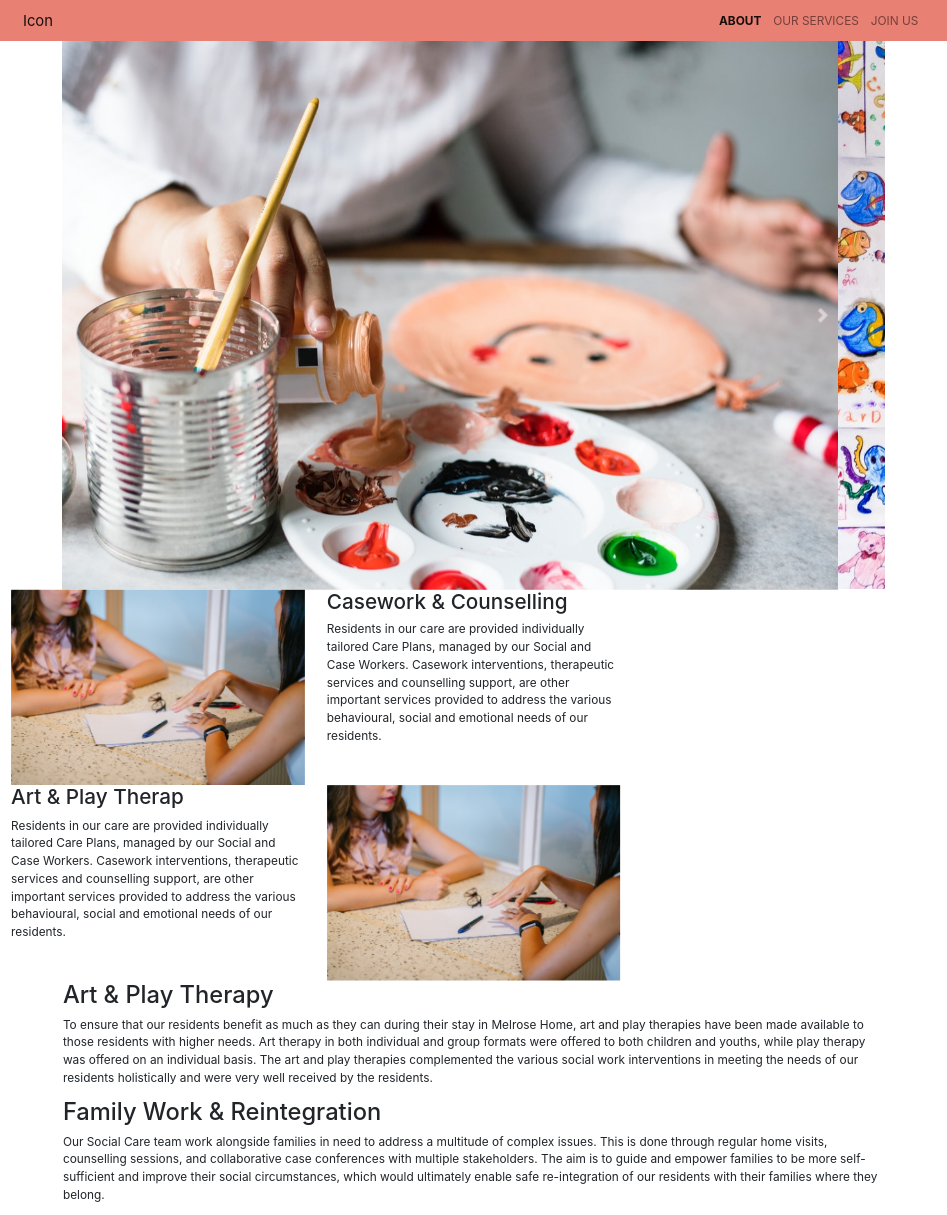
Repository: Code-Institute-Submissions/Jasonngyt-Project1
Page: services.html
The author's editor kept a record of every edit. The page is drawn from the files as they stood at one moment, then again after the next edit.
The browser window is 1280 px wide. The pictures show the whole page, at 74% of full size.
Some web fonts or font styles are not loaded; a fallback is used. Some web libraries are served in a nearby version.

Above is the page before.

After the next edit:
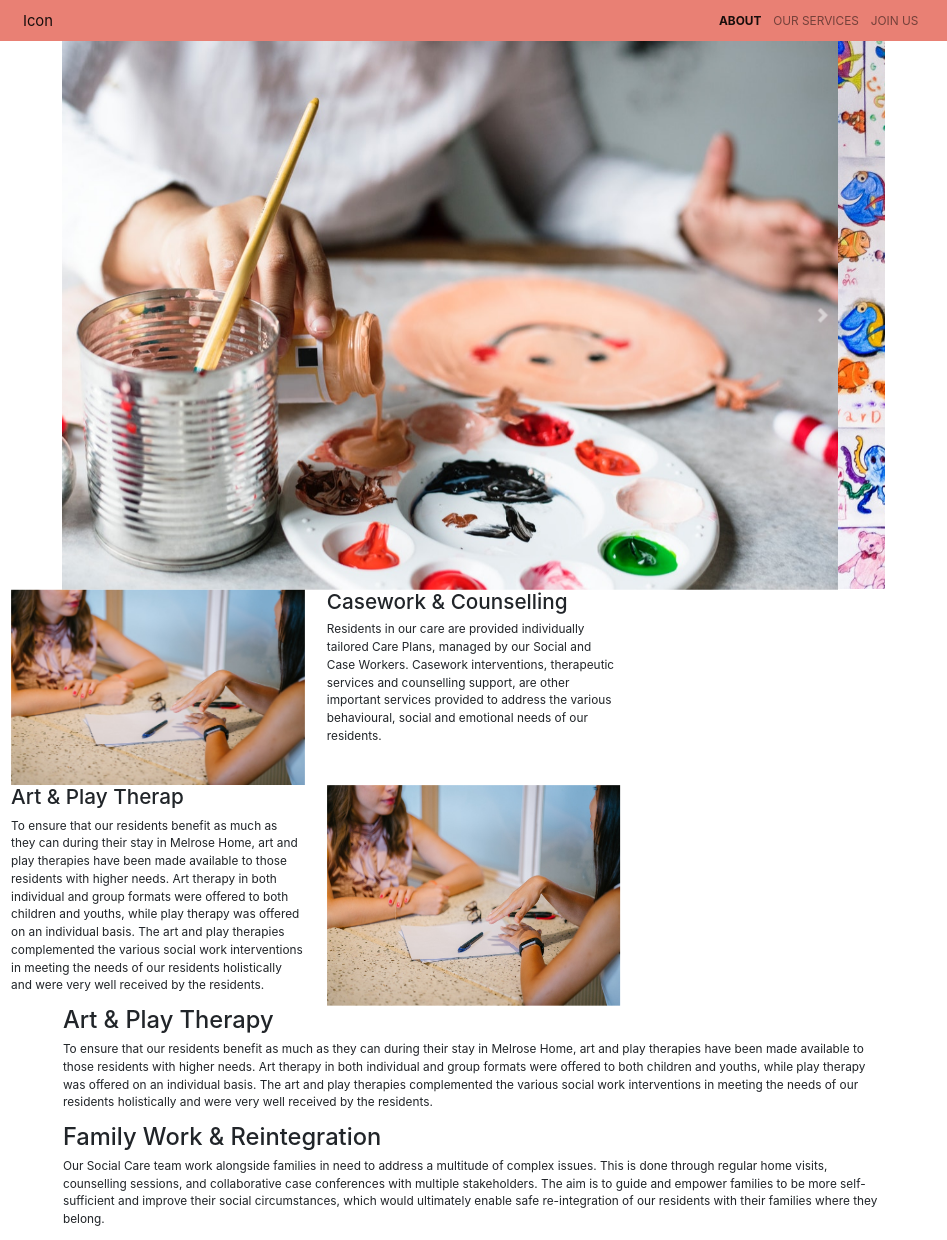
The edit:
--- a/services.html
+++ b/services.html
@@ -93,8 +93,9 @@
             <div class="col-sm-4">
                 <h3>Art & Play Therap</h3>
                 <p>
-                    Residents in our care are provided individually tailored Care Plans, managed by our Social and Case Workers.
-                    Casework interventions, therapeutic services and counselling support, are other important services provided to address the various behavioural, social and emotional needs of our residents.
+                    To ensure that our residents benefit as much as they can during their stay in Melrose Home, art and play therapies have been made available to those residents with higher needs.
+                    Art therapy in both individual and group formats were offered to both children and youths, while play therapy was offered on an individual basis.
+                    The art and play therapies complemented the various social work interventions in meeting the needs of our residents holistically and were very well received by the residents.
                 </p>
             </div>
             <img src="image/conseling.jpg" class="col-sm-4">
